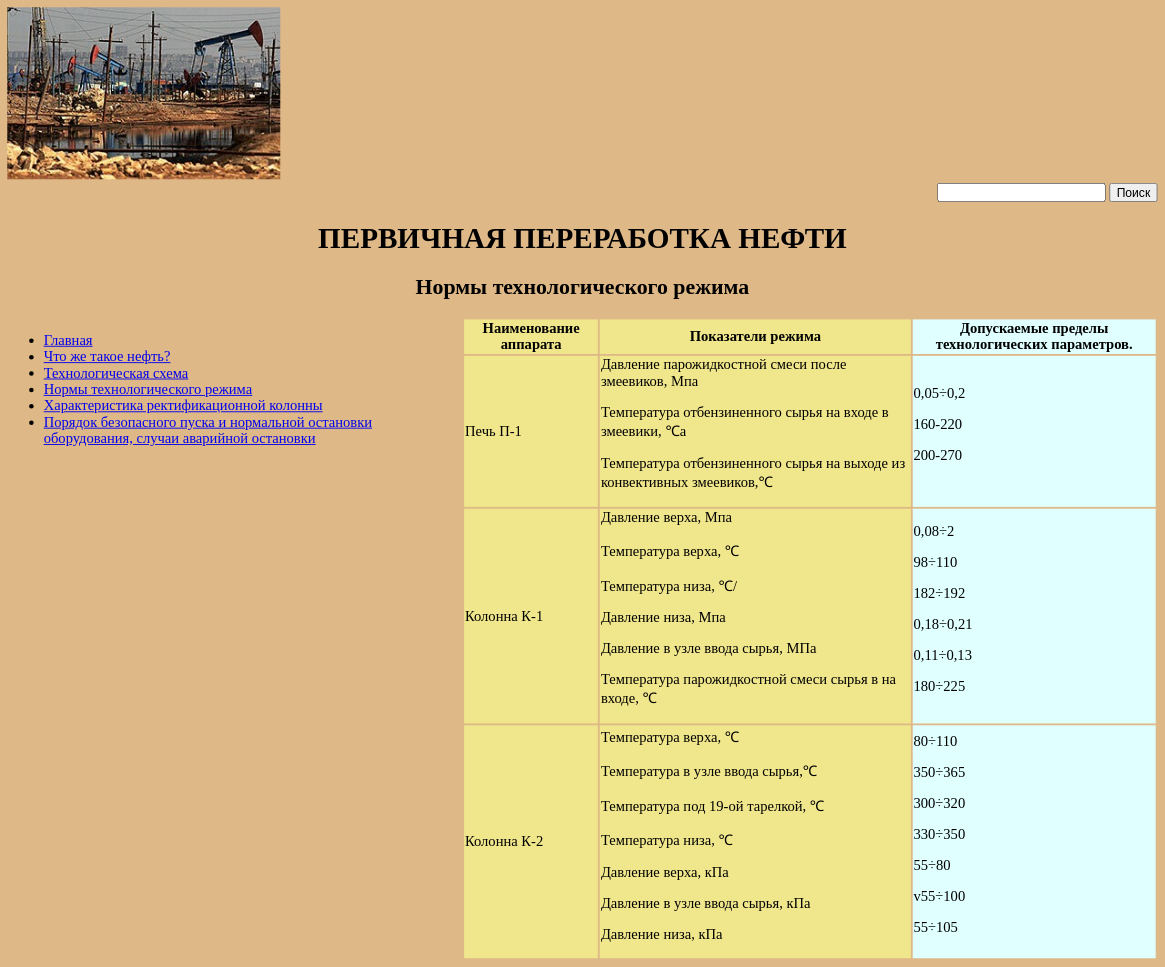
Repository: NastyaSeleznev/NastyaSeleznev.githab.io
Page: week1/norm.html
The author's editor kept a record of every edit. The page is drawn from the files as they stood at one moment, then again after the next edit.
The browser window is 1280 px wide. The pictures show the whole page, at 91% of full size.

Above is the page before.

After the next edit:
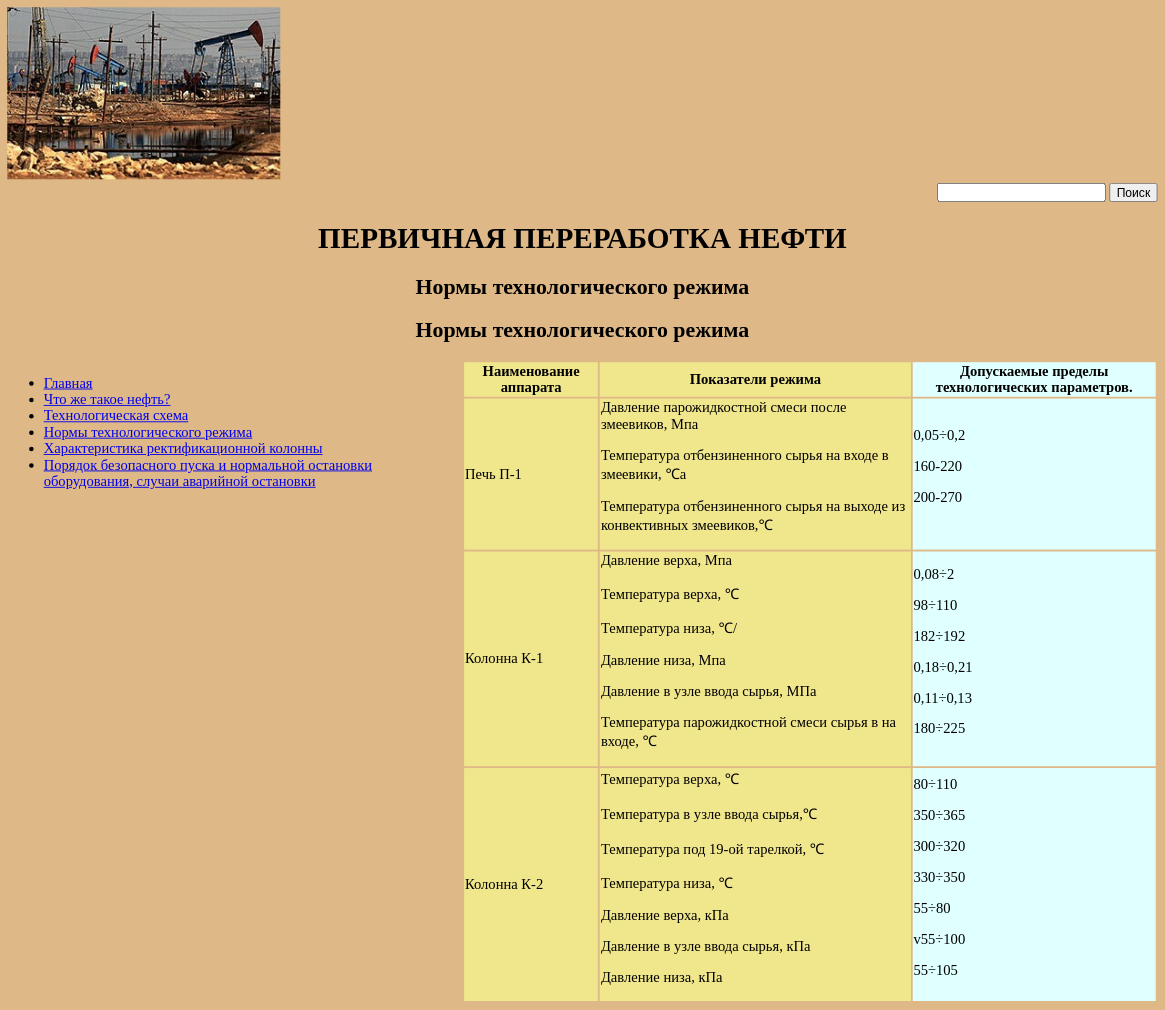
The edit:
--- a/week1/norm.html
+++ b/week1/norm.html
@@ -13,6 +13,7 @@
   <input type="submit" value="Поиск">
 </form>
 		<h1 align="center">ПЕРВИЧНАЯ ПЕРЕРАБОТКА НЕФТИ</h1>
+			<h2 align="center">Нормы технологического режима</h2>
 			</header>
 				<h2 align="center">Нормы технологического режима</h2>
 				<div id="flex"

After the edit that followed:
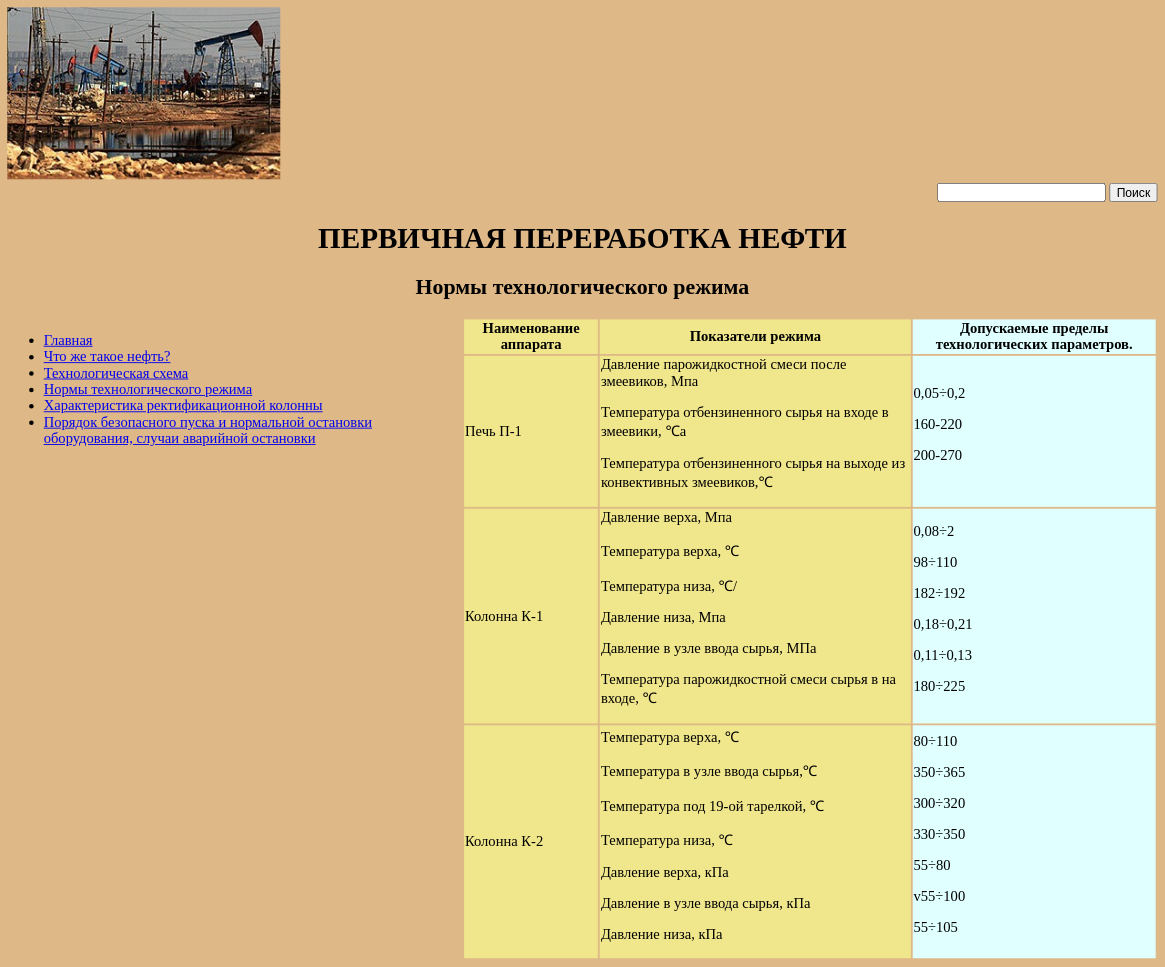
The edit:
--- a/week1/norm.html
+++ b/week1/norm.html
@@ -15,7 +15,6 @@
 		<h1 align="center">ПЕРВИЧНАЯ ПЕРЕРАБОТКА НЕФТИ</h1>
 			<h2 align="center">Нормы технологического режима</h2>
 			</header>
-				<h2 align="center">Нормы технологического режима</h2>
 				<div id="flex"
 			<nav>
 					<ul>
